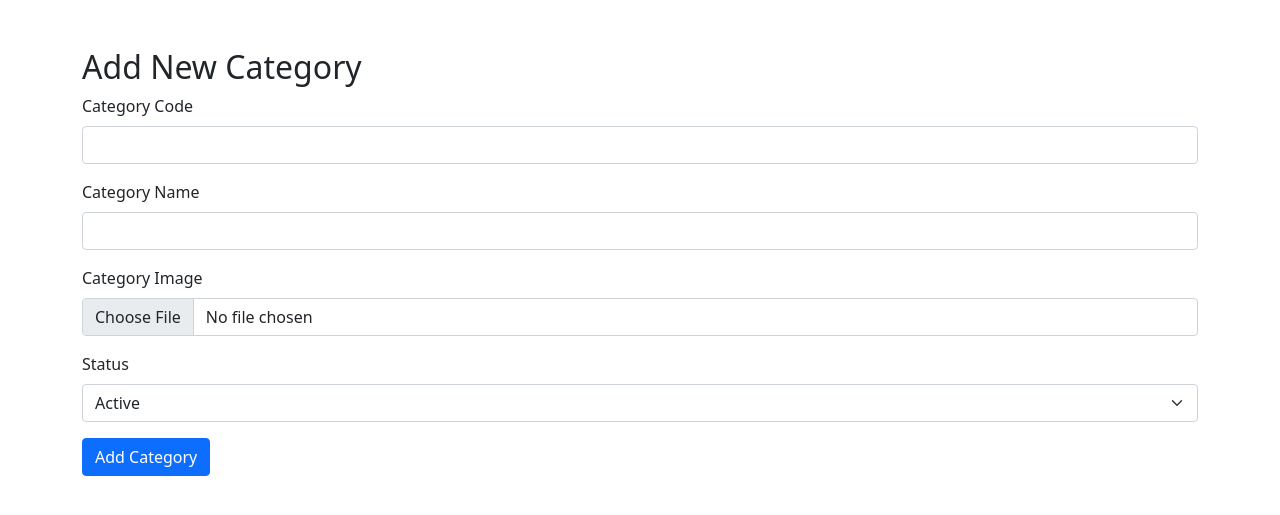
Repository: minhnhutZzz/BaiTap_LTWeb_New
Page: http://localhost/JPA__/admin-category/create
These files come from the project's save history. The page is drawn as it stood at one moment and after the next save; the edit follows.
The browser window is 1280 px wide. The pictures show the whole page.
The page is served by Tomcat 10. Other server files are loaded and not shown.

Above is the page before, as saved 2025-09-10 04:07:58.

### JPA__/src/main/webapp/views/cate/add.jsp
<%@ page language="java" contentType="text/html; charset=UTF-8" pageEncoding="UTF-8"%>
<%@ taglib uri="http://java.sun.com/jsp/jstl/core" prefix="c"%>

<!DOCTYPE html>
<html lang="en">
<head>
    <meta charset="UTF-8">
    <meta name="viewport" content="width=device-width, initial-scale=1.0">
    <title>Add Category</title>
    <link href="https://cdn.jsdelivr.net/npm/bootstrap@5.1.0/dist/css/bootstrap.min.css" rel="stylesheet">
</head>
<body>
    <div class="container mt-5">
        <h2>Add New Category</h2>

        <!-- Form to add category -->
        <form action="${pageContext.request.contextPath}/admin-category/create" method="post" enctype="multipart/form-data">
            <div class="mb-3">
                <label for="categoryCode" class="form-label">Category Code</label>
                <input type="text" class="form-control" id="categoryCode" name="categoryCode" required>
            </div>
            <div class="mb-3">
                <label for="categoryName" class="form-label">Category Name</label>
                <input type="text" class="form-control" id="categoryName" name="categoryName" required>
            </div>
            <div class="mb-3">
                <label for="images" class="form-label">Category Image</label>
                <input type="file" class="form-control" id="images" name="images">
            </div>
            <div class="mb-3">
                <label for="status" class="form-label">Status</label>
                <select class="form-select" name="status" id="status">
                    <option value="true">Active</option>
                    <option value="false">Inactive</option>
                </select>
            </div>
            <button type="submit" class="btn btn-primary">Add Category</button>
        </form>
    </div>
</body>
</html>

### JPA__/src/main/java/LTW3/Controller/admin/CategoryController.java
package LTW3.Controller.admin;

import java.io.File;
import java.io.IOException;
import java.util.List;

import org.apache.commons.beanutils.BeanUtils;

import LTW3.Entity.Category;
import LTW3.Entity.User;
import LTW3.Service.CategoryService;
import LTW3.Service.Impl.CategoryServiceImpl;
import LTW3.Util.Constant;
import LTW3.Util.UploadUtils;
import jakarta.servlet.ServletException;
import jakarta.servlet.annotation.WebServlet;
import jakarta.servlet.http.HttpServlet;
import jakarta.servlet.http.HttpServletRequest;
import jakarta.servlet.http.HttpServletResponse;
import jakarta.servlet.http.HttpSession;

@WebServlet(urlPatterns = {
    "/admin-category", "/admin-category/create", "/admin-category/update",
    "/admin-category/edit", "/admin-category/delete", "/admin-category/reset"
})
public class CategoryController extends HttpServlet {
    private static final long serialVersionUID = 1L;
    CategoryService categoryService = new CategoryServiceImpl();

    @Override
    protected void doGet(HttpServletRequest req, HttpServletResponse resp) throws ServletException, IOException {
        String url = req.getRequestURL().toString();
        Category category = null;

        if (url.contains("create")) {
            req.getRequestDispatcher("/views/cate/add.jsp").forward(req, resp);
            return;

        } else if (url.contains("delete")) {
            delete(req, resp);
            category = new Category();
            req.setAttribute("category", category);

        } else if (url.contains("edit")) {
            edit(req, resp);

        } else if (url.contains("reset")) {
            category = new Category();
            req.setAttribute("category", category);
        }

        findAll(req, resp);
        req.setAttribute("tag", "cate");
        req.getRequestDispatcher("/views/cate/list.jsp").forward(req, resp);
    }

    @Override
    protected void doPost(HttpServletRequest request, HttpServletResponse response)
            throws ServletException, IOException {
        String url = request.getRequestURL().toString();

        if (url.contains("create")) {
            insert(request, response);

        } else if (url.contains("update")) {
            update(request, response);

        } else if (url.contains("delete")) {
            delete(request, response);

        } else if (url.contains("reset")) {
            request.setAttribute("category", new Category());
        }

        findAll(request, response);
        request.getRequestDispatcher("/views/cate/list.jsp").forward(request, response);
    }

    protected void insert(HttpServletRequest request, HttpServletResponse response)
            throws ServletException, IOException {
        try {
            request.setCharacterEncoding("UTF-8");
            response.setCharacterEncoding("UTF-8");
            Category category = new Category();

            BeanUtils.populate(category, request.getParameterMap());

            HttpSession session = request.getSession();
            User user = (User) session.getAttribute("user");
            category.setUser(user); // Set người tạo

            String fileName = category.getCategoryCode() + System.currentTimeMillis();
            category.setImages(UploadUtils.processUpload("images", request, Constant.DIR + "\\category", fileName));

            categoryService.insert(category);
            request.setAttribute("message", "Đã thêm thành công");
        } catch (Exception e) {
            e.printStackTrace();
            request.setAttribute("error", "Lỗi thêm mới: " + e.getMessage());
        }
    }

    protected void findAll(HttpServletRequest request, HttpServletResponse response)
            throws ServletException, IOException {
        try {
            HttpSession session = request.getSession();
            User user = (User) session.getAttribute("user");
            List<Category> list;

            if (user.getRoleid() == 1 || user.getRoleid() == 5) {
                list = categoryService.findAll(); // Admin và User thấy tất cả
            } else {
                list = categoryService.findByUser(user); // Manager chỉ thấy của mình
            }

            request.setAttribute("categorys", list);
        } catch (Exception e) {
            e.printStackTrace();
            request.setAttribute("error", "Lỗi hiển thị danh sách: " + e.getMessage());
        }
    }

    protected void edit(HttpServletRequest request, HttpServletResponse response) throws ServletException, IOException {
        try {
            String categoryId = request.getParameter("categoryId");
            Category category = categoryService.findById(Integer.parseInt(categoryId));

            HttpSession session = request.getSession();
            User user = (User) session.getAttribute("user");

            if (user.getRoleid() == 1 || category.getUser().getId() == user.getId()) {
                request.setAttribute("category", category);
            } else {
                request.setAttribute("error", "Bạn không có quyền chỉnh sửa mục này!");
            }

        } catch (Exception e) {
            e.printStackTrace();
            request.setAttribute("error", "Lỗi edit: " + e.getMessage());
        }
    }

    protected void delete(HttpServletRequest request, HttpServletResponse response)
            throws ServletException, IOException {
        try {
            String categoryId = request.getParameter("categoryId");
            Category category = categoryService.findById(Integer.parseInt(categoryId));

            HttpSession session = request.getSession();
            User user = (User) session.getAttribute("user");

            if (user.getRoleid() == 1 || category.getUser().getId() == user.getId()) {
                categoryService.delete(category.getCategoryId());
                request.setAttribute("message", "Đã xóa thành công");
            } else {
                request.setAttribute("error", "Bạn không có quyền xóa mục này!");
            }

        } catch (Exception e) {
            e.printStackTrace();
            request.setAttribute("error", "Lỗi delete: " + e.getMessage());
        }
    }

    protected void update(HttpServletRequest request, HttpServletResponse response)
            throws ServletException, IOException {
        try {
            request.setCharacterEncoding("UTF-8");
            response.setCharacterEncoding("UTF-8");

            Category category = new Category();
            BeanUtils.populate(category, request.getParameterMap());

            Category oldcate = categoryService.findById(category.getCategoryId());

            HttpSession session = request.getSession();
            User user = (User) session.getAttribute("user");

            if (user.getRoleid() != 1 && oldcate.getUser().getId() != user.getId()) {
                request.setAttribute("error", "Bạn không có quyền cập nhật mục này!");
                return;
            }

            category.setUser(oldcate.getUser());

            if (request.getPart("images").getSize() == 0) {
                category.setImages(oldcate.getImages());
            } else {
                if (oldcate.getImages() != null) {
                    File file = new File(Constant.DIR + "\\category\\" + oldcate.getImages());
                    if (file.exists()) file.delete();
                }
                String fileName = category.getCategoryCode() + System.currentTimeMillis();
                category.setImages(UploadUtils.processUpload("images", request, Constant.DIR + "\\category", fileName));
            }

            categoryService.update(category);
            request.setAttribute("category", category);
            request.setAttribute("message", "Cập nhật thành công");

        } catch (Exception e) {
            e.printStackTrace();
            request.setAttribute("error", "Lỗi update: " + e.getMessage());
        }
    }
}

### JPA__/src/main/java/LTW3/Service/Impl/CategoryServiceImpl.java
package LTW3.Service.Impl;

import java.util.List;

import LTW3.Dao.CategoryDao;
import LTW3.Dao.Impl.CategoryDaoImpl;
import LTW3.Entity.Category;
import LTW3.Entity.User;
import LTW3.Service.CategoryService;

public class CategoryServiceImpl  implements CategoryService {

	CategoryDao categoryDao = new CategoryDaoImpl();
	@Override
	public void insert(Category category) {
		categoryDao.insert(category);

	}
	@Override
	public void update(Category category) {
		categoryDao.insert(category);

	}
	@Override
	public void delete(int cateid) throws Exception {
		categoryDao.delete(cateid);

	}

	@Override
	public Category findById (int cateid) {
		return categoryDao.findById(cateid);
	}

	@Override
	public List<Category> findAll(){
		return categoryDao.findAll();
	}

	@Override
	public List<Category> findByCategoryname(String catname){
		return categoryDao.findByCategoryname(catname);
	}
	@Override
	public List<Category> finAll(int page,int pagesize){
		return categoryDao.findAll(page, pagesize);
	}
	@Override
	public int count() {
		return categoryDao.count();
	}
	@Override
	public List<Category> findByUser(User user) {
	    return categoryDao.findByUser(user);
	}




}

### JPA__/src/main/java/LTW3/Dao/CategoryDao.java
package LTW3.Dao;

import java.util.List;

import LTW3.Entity.Category;
import LTW3.Entity.User;

public interface CategoryDao {

	int count();

	List<Category> findByCategoryname(String catname);

	List<Category> findAll(int page, int pagesize);

	List<Category> findAll();

	Category findById(int categoryId);

	void delete(int cateid) throws Exception;

	void update(Category category);

	void insert(Category category);

	List<Category> findByUser(User user);

}

### JPA__/src/main/java/LTW3/Dao/Impl/CategoryDaoImpl.java
package LTW3.Dao.Impl;

import java.util.List;

import LTW3.Configs.JPA_Config;
import LTW3.Dao.CategoryDao;
import LTW3.Entity.Category;
import LTW3.Entity.User;
import jakarta.persistence.EntityManager;
import jakarta.persistence.EntityTransaction;
import jakarta.persistence.Query;
import jakarta.persistence.TypedQuery;

public class CategoryDaoImpl implements CategoryDao {

	@Override
	public void insert(Category category) {
		EntityManager enma = JPA_Config.getEntityManager();
		EntityTransaction trans = enma.getTransaction();
		try {
			trans.begin();
			enma.persist(category);
			trans.commit();
		} catch (Exception e) {
			e.printStackTrace();
			if (trans.isActive()) {
				trans.rollback();
			}
			throw e;
		} finally {
			enma.close();
		}
	}

	@Override
	public void update(Category category) {
		EntityManager enma = JPA_Config.getEntityManager();
		EntityTransaction trans = enma.getTransaction();
		try {
			trans.begin();
			enma.merge(category);
			trans.commit();
		} catch (Exception e) {
			e.printStackTrace();
			if (trans.isActive()) {
				trans.rollback();
			}
			throw e;
		} finally {
			enma.close();
		}
	}

	@Override
	public void delete(int cateid) throws Exception {
		EntityManager enma = JPA_Config.getEntityManager();
		EntityTransaction trans = enma.getTransaction();
		try {
			trans.begin();
			Category category = enma.find(Category.class, cateid);
			if (category != null) {
				enma.remove(category);
			} else {
				throw new Exception("Khong tim thay");
			}
			trans.commit();
		} catch (Exception e) {
			e.printStackTrace();
			trans.rollback();
			throw e;
		} finally {
			enma.close();
		}
	}

	@Override
	public Category findById(int categoryId) {
		EntityManager enma = JPA_Config.getEntityManager();
		Category category = enma.find(Category.class, categoryId);
		return category;

	}

	@Override
	public List<Category> findAll() {
		EntityManager enma = JPA_Config.getEntityManager();
		TypedQuery<Category> query = enma.createNamedQuery("Category.findAll", Category.class);
		return query.getResultList();

	}

	@Override
	public List<Category> findAll(int page, int pagesize) {
		EntityManager enma = JPA_Config.getEntityManager();
		TypedQuery<Category> query = enma.createNamedQuery("Category.findAll", Category.class);
		query.setFirstResult(page*pagesize);
		query.setMaxResults(pagesize);
		return query.getResultList();

	}
	@Override
	public List<Category> findByCategoryname(String catname) {
	    EntityManager emna = JPA_Config.getEntityManager();
	    String jpql = "SELECT c FROM Category c WHERE c.catename LIKE :catname";
	    TypedQuery<Category> query = emna.createQuery(jpql, Category.class);
	    query.setParameter("catname", "%" + catname + "%");
	    return query.getResultList();
	}
	@Override
	public int count() {
	    EntityManager emna = JPA_Config.getEntityManager();
	    String jpql = "SELECT COUNT(c) FROM Category c";
	    Query query = emna.createQuery(jpql);
	    Long result = (Long) query.getSingleResult();
	    return result.intValue();
	}

	@Override
	public List<Category> findByUser(User user) {
	    EntityManager enma = JPA_Config.getEntityManager();
	    String jpql = "SELECT c FROM Category c WHERE c.user = :user";
	    TypedQuery<Category> query = enma.createQuery(jpql, Category.class);
	    query.setParameter("user", user);
	    return query.getResultList();
	}


}

After the next save:
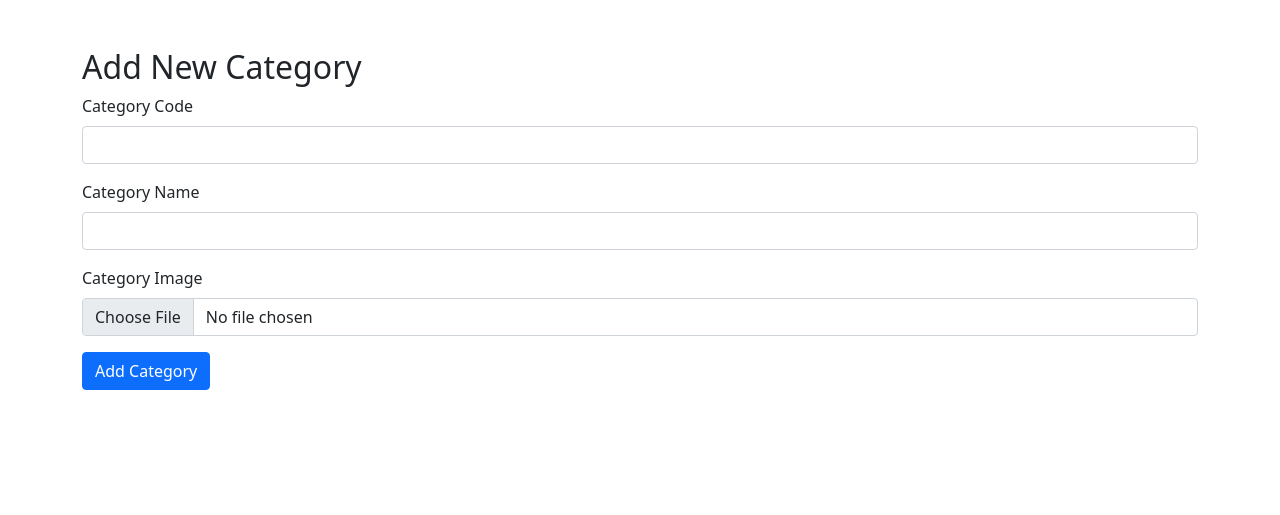
Saved 10 min 24 s later.
--- a/JPA__/src/main/webapp/views/cate/add.jsp
+++ b/JPA__/src/main/webapp/views/cate/add.jsp
@@ -27,13 +27,6 @@
                 <label for="images" class="form-label">Category Image</label>
                 <input type="file" class="form-control" id="images" name="images">
             </div>
-            <div class="mb-3">
-                <label for="status" class="form-label">Status</label>
-                <select class="form-select" name="status" id="status">
-                    <option value="true">Active</option>
-                    <option value="false">Inactive</option>
-                </select>
-            </div>
             <button type="submit" class="btn btn-primary">Add Category</button>
         </form>
     </div>
